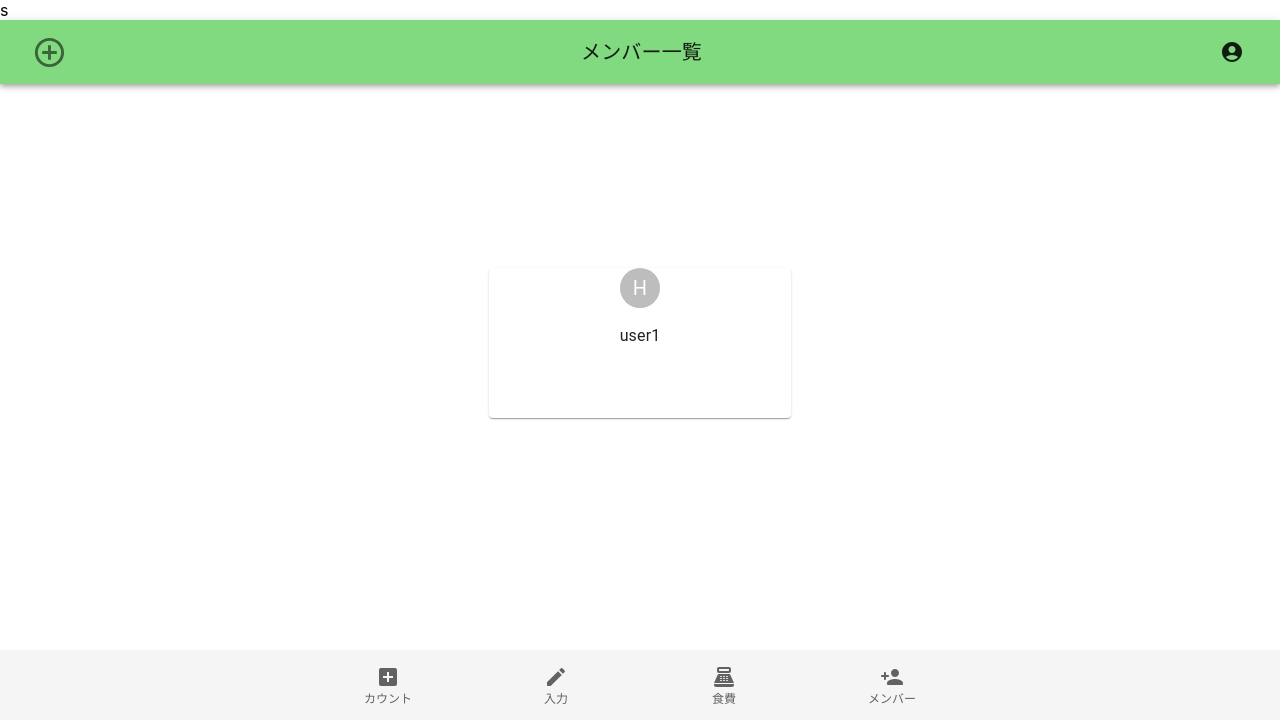
Repository: motohiro0410/motsufood
Page: /users (app in frontend/)
An editor plug-in stored every save of this project. The page is shown before and after the next save, followed by the edit.
The browser window is 1280 px wide. The pictures show the whole page.
The page's requests for data from a server got no answer. The project was rebuilt for these pictures with package versions that can differ from the ones it lists, and the page was loaded fresh each time. No one was signed in, and anything a server would have sent is missing. Also part of the build but not shown: frontend/src/App.css, frontend/src/components/pages/Login.tsx, frontend/src/components/organisms/MainHeader.tsx, frontend/src/components/pages/Count.tsx, frontend/src/components/pages/Money.tsx, frontend/src/components/organisms/SignInHeader.tsx, frontend/src/components/pages/SignIn.tsx, frontend/src/components/pages/Page404.tsx and 1 more.

Above is the page before, as saved 2022-08-13 21:20:24.

After the next save:
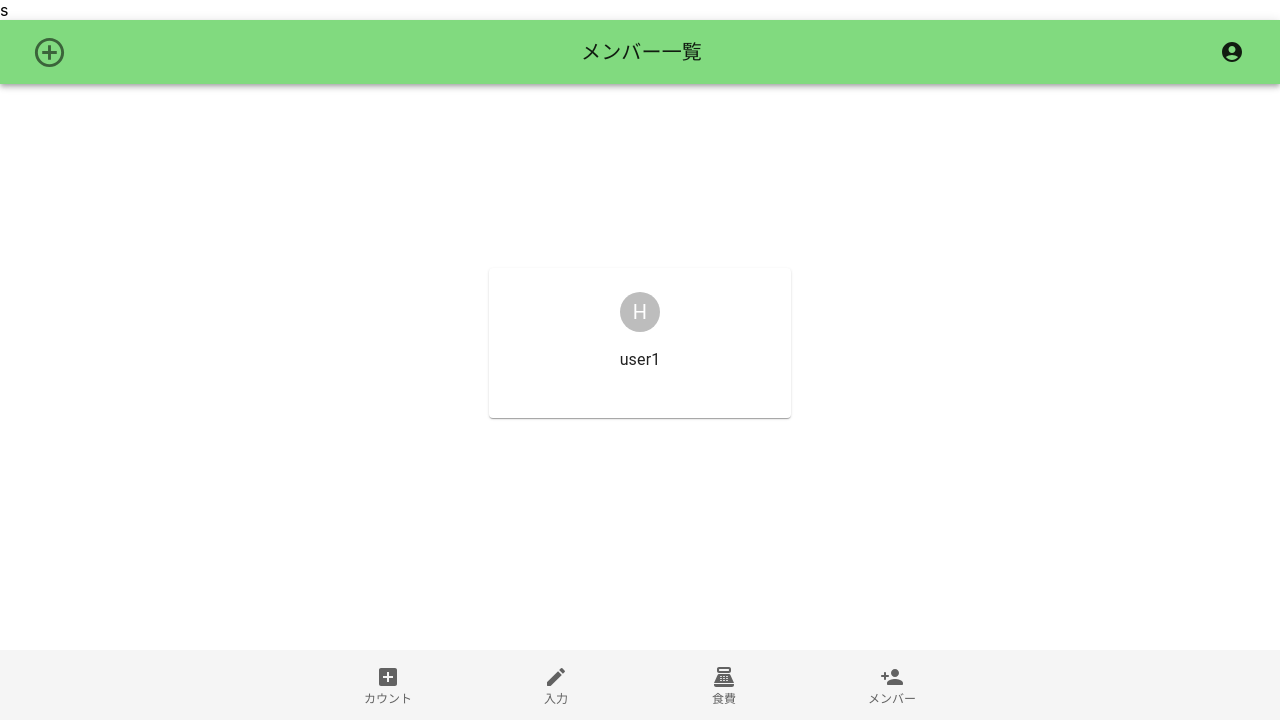
Saved 23 s later.
--- a/frontend/src/components/pages/Users.tsx
+++ b/frontend/src/components/pages/Users.tsx
@@ -26,7 +26,7 @@ export const Users: FC = memo(() => {
             <Grid item xs={3} sm={3}>
               <Card sx={{ height: 150 }}>
                 <Stack alignItems="center" direction="column">
-                  <Avatar mt="3">H</Avatar>
+                  <Avatar sx={{mt: 3}}>H</Avatar>
                   <CardContent>
                     <Typography>
                       user1
